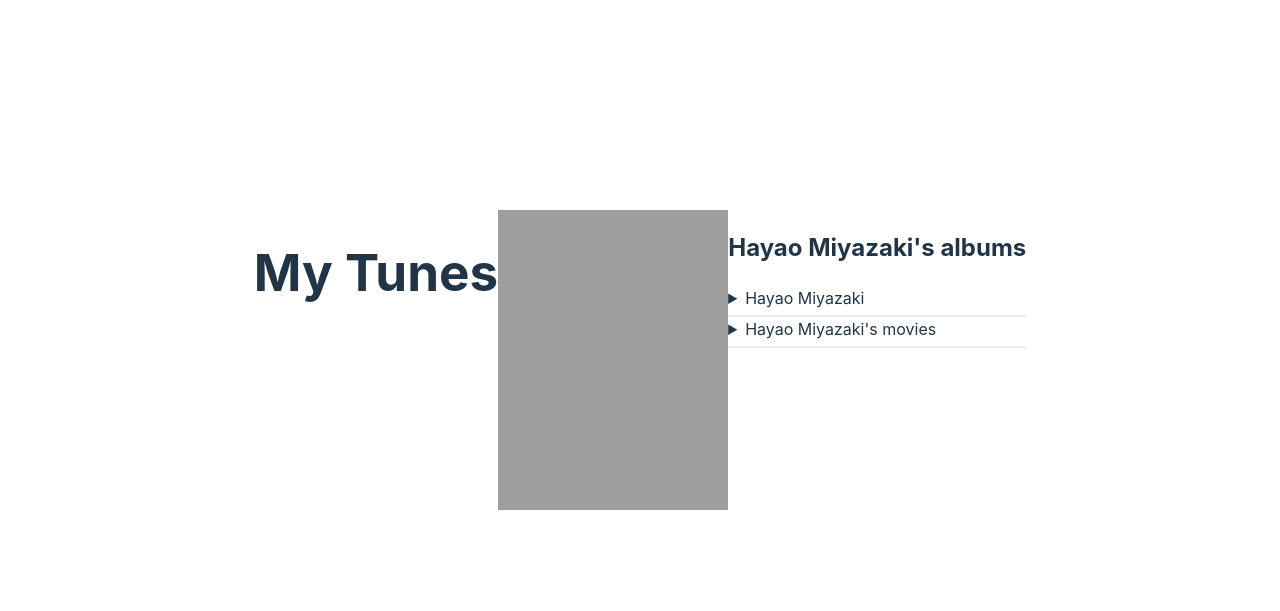
Repository: SamanthaYan298/my_app
Page: /
The author's editor kept a copy of each file at every save. The page is drawn from the files as they stood at one save, then again after the next save.
The browser window is 1280 px wide. The pictures show the whole page.
Pictures or frames that could not be fetched are drawn as grey boxes. The project was rebuilt for these pictures with package versions that can differ from the ones it lists, and the page was loaded fresh each time. Also part of the build but not shown: vite.config.js.

Above is the page before, as saved 2024-09-13 13:20:03.

After the next save:
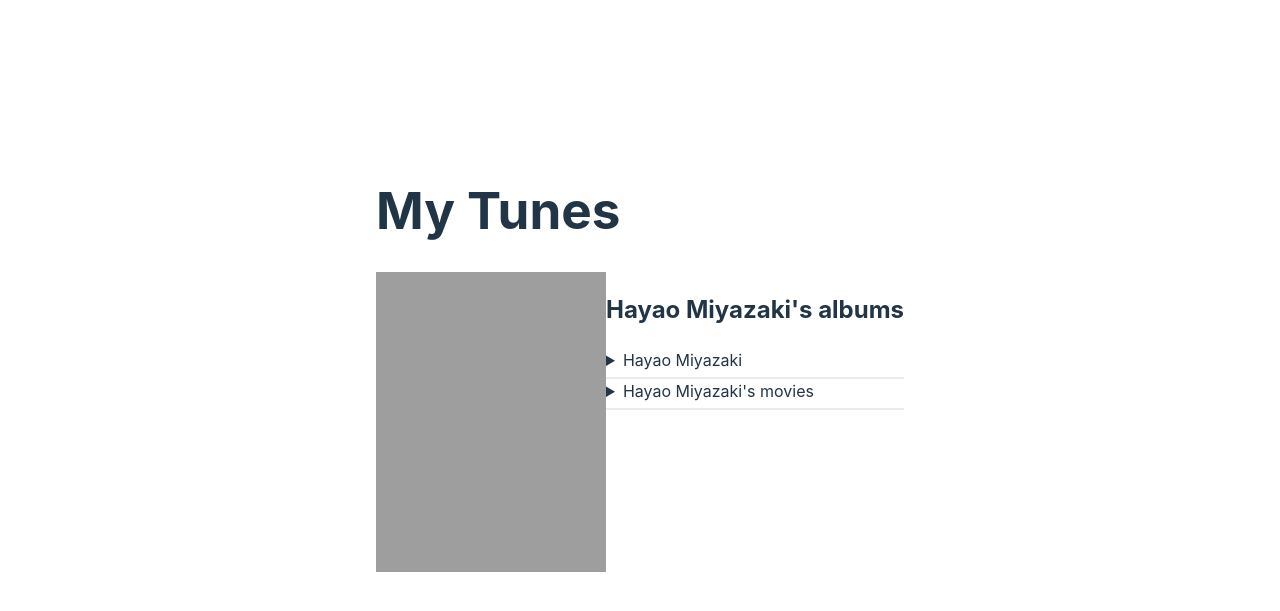
Saved 30 s later.
--- a/src/App.jsx
+++ b/src/App.jsx
@@ -5,8 +5,8 @@
   return (
     <>
       <div>
+        <h1>My Tunes</h1>
         <div className="all">
-        <h1>My Tunes</h1>
         <div className='photo'>
           <img src="https://www.hollywoodreporter.com/wp-content/uploads/2013/09/hayao_miyazaki_-_h_-_2013.jpg?w=1024" alt="Hayao Miyazaki" height={300} width={230}/>
         </div>
